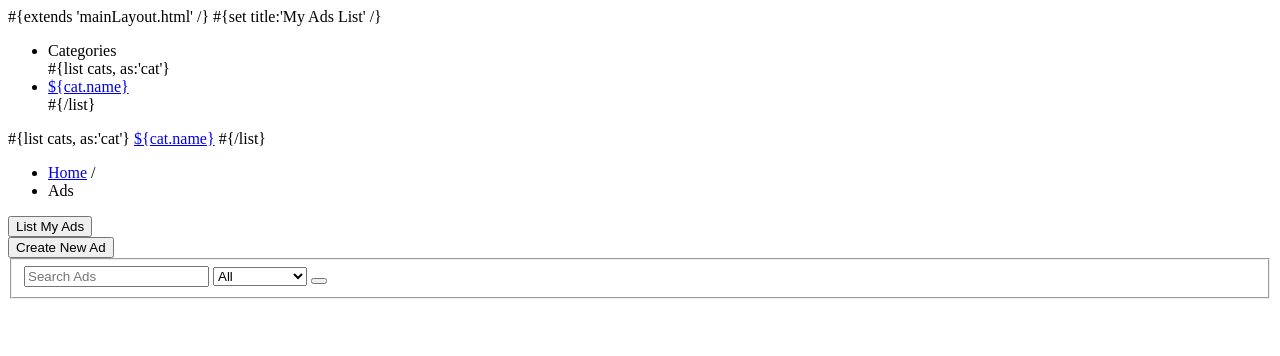
Repository: Maalejm/SEBA
Page: SlifeWebSite/app/views/Ads/index.html
These files come from the project's save history. The page is drawn as it stood at one moment and after a run of saves; the edit follows.
The browser window is 1280 px wide. The pictures show the whole page.

Above is the page before, as saved 2013-06-17 08:02:41.
Console error: SyntaxError: Invalid or unexpected token

After the next 3 saves:
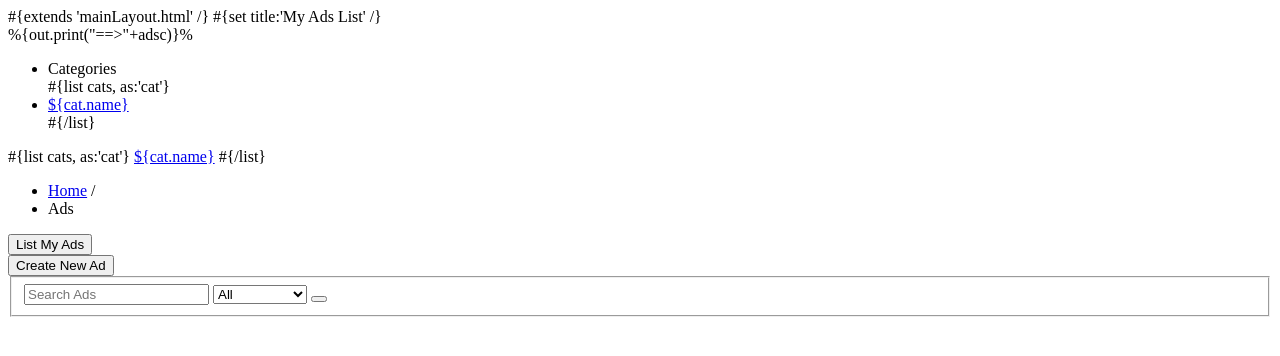
The 3 saves are shown as one change because they came seconds apart.
The last was saved 2 h 58 min later.
--- a/SlifeWebSite/app/views/Ads/index.html
+++ b/SlifeWebSite/app/views/Ads/index.html
@@ -5,7 +5,7 @@
 
 
 <div class="container-fluid">
-
+%{out.print("==>"+adsc)}%
             <div class="row-fluid">
                 <div class="span2">
 
